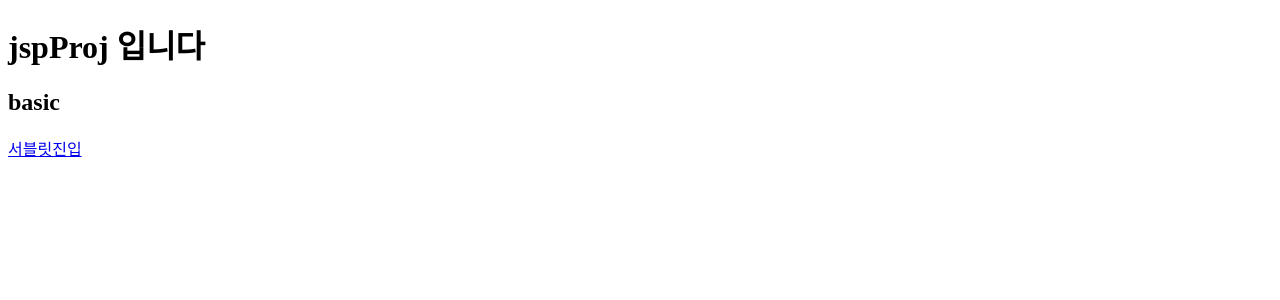
Repository: hjh5217/newJSP
Page: http://localhost/jspProj/
These files come from the project's save history. The page is drawn as it stood at one moment and after the next save; the edit follows.
The browser window is 1280 px wide. The pictures show the whole page.
The page is served by Tomcat 9. Nobody is signed in. The application's start-up code is not run.

Above is the page before, as saved 2023-07-25 03:33:01.

After the next save:
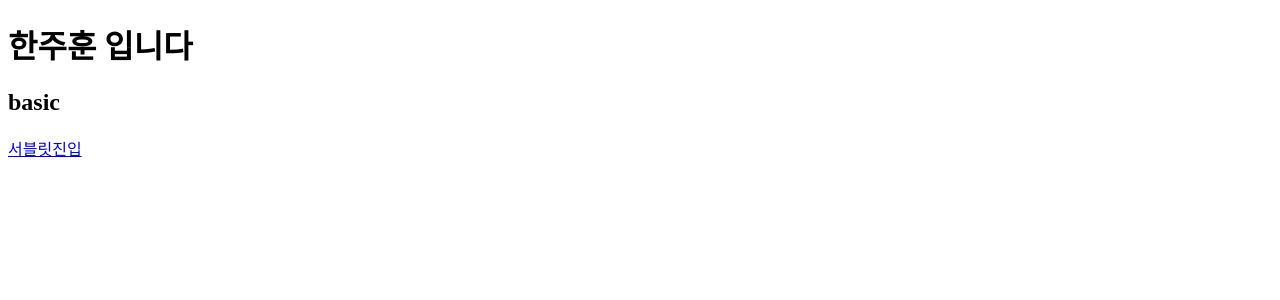
Saved 7 min 6 s later.
--- a/jspProj/src/main/webapp/index.jsp
+++ b/jspProj/src/main/webapp/index.jsp
@@ -7,7 +7,7 @@
 <title>jspProj 입니다</title>
 </head>
 <body>
-	<h1>jspProj 입니다</h1>
+	<h1>한주훈 입니다</h1>
 	<h2>basic</h2>
 	<a href="basic/First">서블릿진입</a>
 </body>
